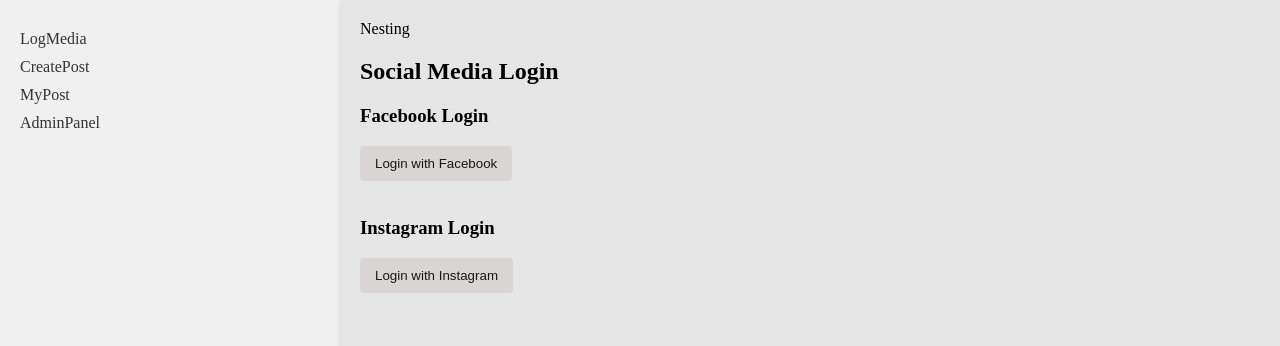
Repository: pripriya09/media-share
Page: /home (app in share-content/)
The author's editor kept a copy of each file at every save. The page is drawn from the files as they stood at one save, then again after the next save.
The browser window is 1280 px wide. The pictures show the whole page.
The project was rebuilt for these pictures with package versions that can differ from the ones it lists, and the page was loaded fresh each time. Also part of the build but not shown: share-content/vite.config.js, share-content/src/MEDIA_SHARE/AutoPostApp.jsx, share-content/src/MEDIA_SHARE/SignIn.jsx, share-content/src/MEDIA_SHARE/share.css, share-content/src/MEDIA_SHARE/CreatePost.jsx, share-content/src/MEDIA_SHARE/MyPost.jsx, share-content/src/MEDIA_SHARE/AdminPanel.jsx.

Above is the page before, as saved 2024-12-24 17:33:15.

After the next save:
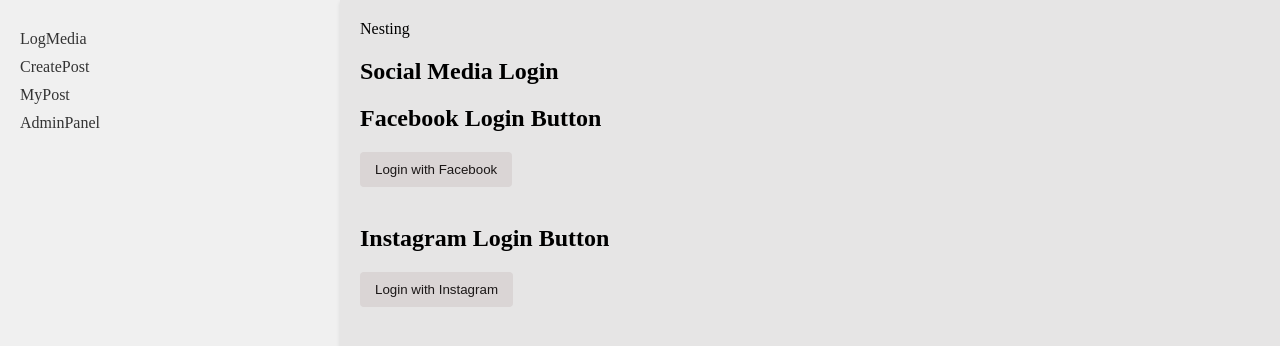
Saved 94 s later.
--- a/share-content/src/MEDIA_SHARE/LogMedia.jsx
+++ b/share-content/src/MEDIA_SHARE/LogMedia.jsx
@@ -26,29 +26,26 @@
   }, []);
 
   // Facebook Login Handler
-  const handleLogin = (type) => {
+  const handleFBLogin = () => {
     if (window.FB) {
-      const scopes = {
-        facebook:
-          "pages_show_list,pages_read_engagement,instagram_basic,instagram_manage_comments,instagram_manage_insights",
-        instagram:
-          "instagram_basic,instagram_content_publish,instagram_manage_comments,instagram_manage_insights,pages_show_list,pages_read_engagement",
-      };
       FB.login(
-        async (response) => {
+        (response) => {
           if (response.authResponse) {
-
-            console.log(`${type} login successful!`, response);
+            console.log("Facebook login successful!", response);
 
             const userAccessToken = response.authResponse.accessToken;
-            localStorage.setItem(`${type}_userAccessToken`, userAccessToken);
-  // Fetch Pages and handle logic
-  await getPages(userAccessToken, type);
+            localStorage.setItem("facebook_userAccessToken", userAccessToken);
+ console.log("userAccessToken",userAccessToken)
+            // Fetch Pages
+            // getPages(userAccessToken);
           } else {
             console.log("User cancelled login or did not fully authorize.");
           }
         },
-        { scope: scopes[type] }
+        {
+          scope: "instagram_basic,instagram_content_publish,instagram_manage_comments,instagram_manage_insights,instagram_shopping_tag_products,pages_show_list,pages_read_engagement"
+          ,
+        }
       );
     } else {
       console.log("Facebook SDK is not loaded.");
@@ -56,7 +53,33 @@
   };
 
   // Instagram Login Handler (Same as Facebook Login with Independent Storage)
-  const getPages = async (userAccessToken, type) => {
+  const handleInstagramLogin = () => {
+    if (window.FB) {
+      FB.login(
+        (response) => {
+          if (response.authResponse) {
+            console.log("Instagram login successful!", response);
+
+            const userAccessToken = response.authResponse.accessToken;
+            localStorage.setItem("instagram_userAccessToken", userAccessToken);
+
+            // Fetch Pages and linked Instagram accounts
+            getPages(userAccessToken);
+          } else {
+            console.log("User cancelled login or did not fully authorize.");
+          }
+        },
+        {
+          scope:
+            "instagram_basic,instagram_content_publish,instagram_manage_comments,instagram_manage_insights,instagram_shopping_tag_products,pages_show_list,pages_read_engagement",
+        }
+      );
+    } else {
+      console.log("Facebook SDK is not loaded.");
+    }
+  };
+
+  const getPages = async (userAccessToken) => {
     try {
       const response = await axios.get("https://graph.facebook.com/v21.0/me/accounts", {
         params: { access_token: userAccessToken },
@@ -67,40 +90,36 @@
         const targetPage = pages.find((page) => page.instagram_business_account);
         if (targetPage) {
           const pageAccessToken = targetPage.access_token;
-          localStorage.setItem("pageAccessToken", pageAccessToken);
+          localStorage.setItem("pageAccessToken", pageAccessToken); // Store page access token
+          console.log("pageAccessToken",pageAccessToken)
 
-          console.log("Page Access Token:", pageAccessToken);
-
-          if (type === "instagram") {
-            const instagramBusinessAccountId = targetPage.instagram_business_account.id;
-            console.log("Instagram Business Account ID:", instagramBusinessAccountId);
-          }
+          // Optional: Check if Instagram account is correctly linked to the page
+          const instagramBusinessAccountId = targetPage.instagram_business_account.id;
+          console.log("Instagram Business Account ID:", instagramBusinessAccountId);
         } else {
-          alert(
-            "No Instagram business account linked to this page. Please link your Instagram account to a Facebook Page."
-          );
+          alert("No Instagram business account linked to this page. Please link your Instagram account to a Facebook Page.");
         }
       } else {
         alert("No pages found for this account.");
       }
     } catch (error) {
-      console.error("Error fetching pages:", error.message);
+      console.error("Error fetching pages:", error);
       alert("There was an issue fetching your Facebook pages. Please try again.");
     }
   };
-  return (
+   return (<>
     <div>
       <h2>Social Media Login</h2>
-      <div>
-        <h3>Facebook Login</h3>
-        <button onClick={() => handleLogin("facebook")}>Login with Facebook</button>
+ <h2> Facebook Login Button </h2>
+
+      <button onClick={handleFBLogin}>Login with Facebook</button>
       </div>
-      <br />
-      <div>
-        <h3>Instagram Login</h3>
-        <button onClick={() => handleLogin("instagram")}>Login with Instagram</button>
-      </div>
+<br/>
+<div>
+     <h2>Instagram Login Button</h2>
+      <button onClick={handleInstagramLogin}>Login with Instagram</button>
     </div>
-  );
+    </>);
 }
+
 export default LogMedia;
